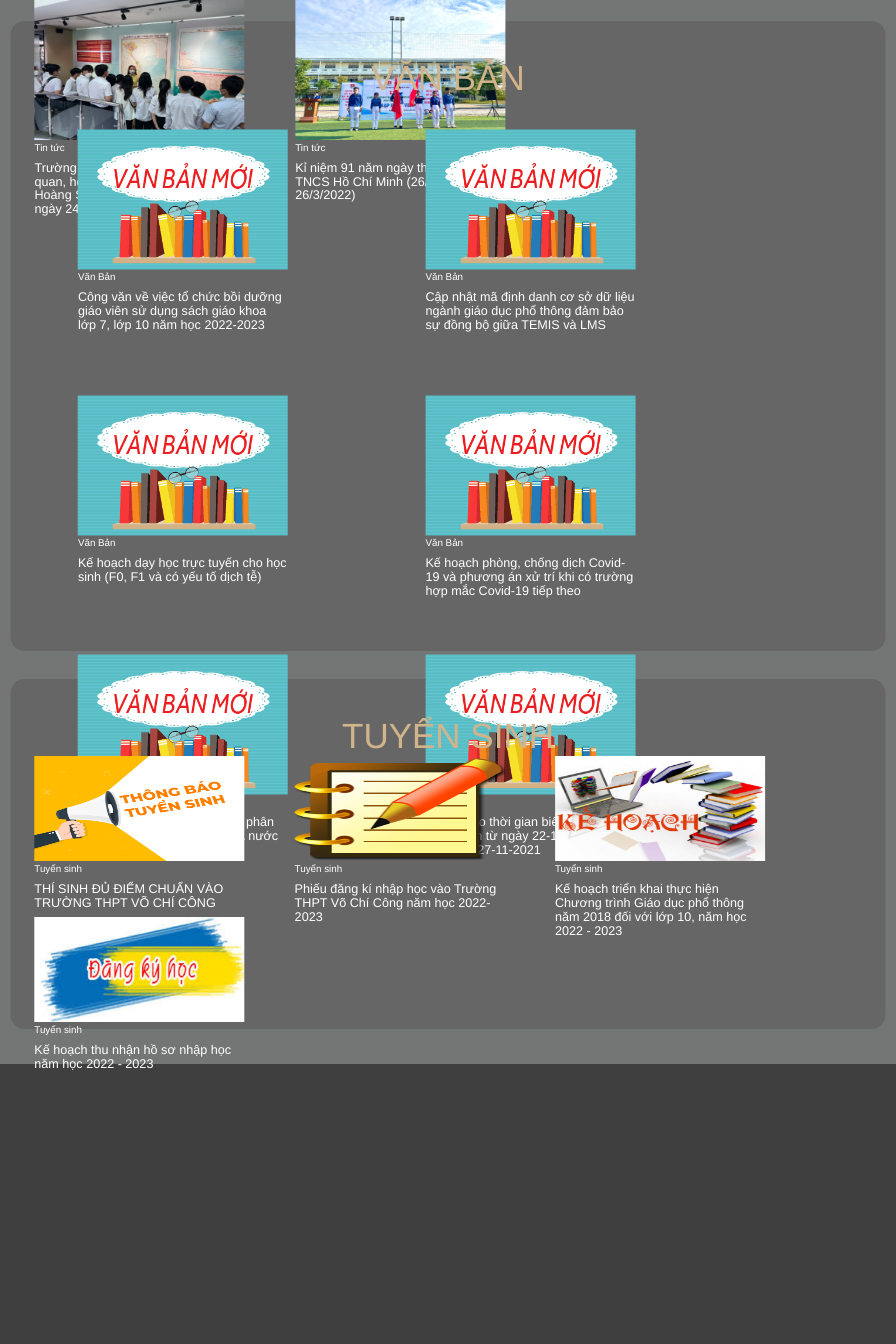
Repository: dphasst17/THPTVCC
Page: index.html
An editor plug-in stored every save of this project. The page is shown before and after the next save, followed by the edit.
The browser window is 1280 px wide. The pictures show the part of the page from y = 1500 to 3420 px (the page is 3420 px tall), at 70% of full size.

Above is the page before, as saved 2022-10-03 18:46:44.

### index.html
<!DOCTYPE html>
<html lang="en">
<head>
    <meta charset="UTF-8">
    <meta http-equiv="X-UA-Compatible" content="IE=edge">
    <meta name="viewport" content="width=device-width, initial-scale=1.0">
    <link rel="stylesheet" href="https://maxcdn.bootstrapcdn.com/bootstrap/3.4.1/css/bootstrap.min.css">
    <script src="https://ajax.googleapis.com/ajax/libs/jquery/3.6.0/jquery.min.js"></script>
    <script src="https://maxcdn.bootstrapcdn.com/bootstrap/3.4.1/js/bootstrap.min.js"></script>
    <script src="https://ajax.googleapis.com/ajax/libs/jquery/3.6.0/jquery.min.js"></script>
    <script src="index.js"></script>
    <link rel="stylesheet" href="style.css">
    <title>Document</title>
</head>
<body>
    <header>
        <div class="logo">
            <a href="#">
                <img src="img/logo.png" alt="">
            </a>
        </div>
        <div class="nav">
            <ul>
                <li><a href="">TRANG CHỦ</a></li>
                <li><a href="#new">TIN TỨC</a></li>
                <li><a href="#document">VĂN BẢN</a></li>
                <li><a href="#admissions">TUYỂN SINH</a></li>
                <li><a href="#contact">LIÊN HỆ</a></li>
            </ul>
        </div>
        <div class="search">
            <input placeholder="Search" spellCheck="false"/>
            <div class="icon-search">
                <svg xmlns="http://www.w3.org/2000/svg" viewBox="0 0 512 512"><path d="M416 208c0 45.9-14.9 88.3-40 122.7L502.6 457.4c12.5 12.5 12.5 32.8 0 45.3s-32.8 12.5-45.3 0L330.7 376c-34.4 25.2-76.8 40-122.7 40C93.1 416 0 322.9 0 208S93.1 0 208 0S416 93.1 416 208zM208 352c79.5 0 144-64.5 144-144s-64.5-144-144-144S64 128.5 64 208s64.5 144 144 144z"strokeWidth="4" stroke="#fff"/></svg>
            </div>
        </div>
        <div class="user">
            <svg xmlns="http://www.w3.org/2000/svg" viewBox="0 0 448 512">
                <path d="M224 256c70.7 0 128-57.3 128-128S294.7 0 224 0S96 57.3 96 128s57.3 128 128 128zm-45.7 48C79.8 304 0 383.8 0 482.3C0 498.7 13.3 512 29.7 512H418.3c16.4 0 29.7-13.3 29.7-29.7C448 383.8 368.2 304 269.7 304H178.3z"/>
            </svg>
            <div class="user_infor">
                <a href="./login.html">Login</a>
            </div>
        </div>
    </header>
    <div class="container">
        <div id="myCarousel" class="carousel slide" data-ride="carousel">
            <!-- Indicators -->
            <ol class="carousel-indicators">
              <li data-target="#myCarousel" data-slide-to="0" class="active"></li>
              <li data-target="#myCarousel" data-slide-to="1"></li>
              <li data-target="#myCarousel" data-slide-to="2"></li>
            </ol>

            <!-- Wrapper for slides -->
            <div class="carousel-inner">
              <div class="item active">
                <img src="img/1.png" alt="Los Angeles" style="width:100%;height:300px;">
              </div>

              <div class="item">
                <img src="img/2.png" alt="Chicago" style="width:100%;height:300px;">
              </div>

              <div class="item">
                <img src="img/3.gif" alt="New york" style="width:100%;height:300px;">
              </div>
            </div>

            <!-- Left and right controls -->
            <a class="left carousel-control" href="#myCarousel" data-slide="prev">
              <span class="glyphicon glyphicon-chevron-left"></span>
              <span class="sr-only">Previous</span>
            </a>
            <a class="right carousel-control" href="#myCarousel" data-slide="next">
              <span class="glyphicon glyphicon-chevron-right"></span>
              <span class="sr-only">Next</span>
            </a>
        </div>
        <div id="new" class="new">
            <h1><br/>TIN TỨC</h1>
            <div class="new_container">
                <img src="img/tintuc/1.jpg" alt="">
                <a>Tin tức</a>
                <h4>LỄ PHÁT ĐỘNG CHIẾN DỊCH TIÊM CHỦNG VẮC XIN PHÒNG COVID-19</h4>
            </div>

            <div class="new_container">
                <img src="img/tintuc/2.jpg" alt="">
                <a>Tin tức</a>
                <h4>TRƯỜNG THPT VÕ CHÍ CÔNG KHAI GIẢNG NĂM HỌC 2022 - 2023</h4>
            </div>

            <div class="new_container">
                <img src="img/tintuc/3.jpg" alt="">
                <a>Tin tức</a>
                <h4>KỶ NIỆM 110 NĂM NGÀY SINH CHỦ TỊCH HỘI ĐỒNG NHÀ NƯỚC VÕ CHÍ CÔNG (7-8-1912 - 7-8-2022)</h4>
            </div>

            <div class="new_container">
                <img src="img/tintuc/5.jpg" alt="">
                <a>Tin tức</a>
                <h4>BNI Foundation Việt Nam tặng 12 xuất học bổng cho học sinh Trường THPT Võ Chí Công</h4>
            </div>

            <div class="new_container">
                <img src="img/tintuc/4.jpg" alt="">
                <a>Tin tức</a>
                <h4>NGÀY HỘI AN TOÀN GIAO THÔNG</h4>
            </div>

            <div class="new_container">
                <img src="img/tintuc/6.jpg" alt="">
                <a>Tin tức</a>
                <h4>Công an quận Ngũ Hành Sơn tổ chức buổi tuyên truyền pháp luật về TTATGT tại Trường THPT Võ Chí Công</h4>
            </div>

            <div class="new_container">
                <img src="img/tintuc/7.jpg" alt="">
                <a>Tin tức</a>
                <h4>Trường THPT Võ Chí Công tham quan, học tập tại nhà trưng bày Hoàng Sa và Bảo tàng Chăm vào ngày 24/4/2022.</h4>
            </div>

            <div class="new_container">
                <img src="img/tintuc/8.jpg" alt="">
                <a>Tin tức</a>
                <h4>Kỉ niệm 91 năm ngày thành lập Đoàn TNCS Hồ Chí Minh (26/3/1931-26/3/2022)</h4>
            </div>

        </div>
        <div id="document" class="document">
            <h1><br/>VĂN BẢN</h1>
            <div class="document_container">
                <img src="img/document/document.png" alt="">
                <a>Văn Bản</a>
                <h4>Công văn về việc tổ chức bồi dưỡng giáo viên sử dụng sách giáo khoa lớp 7, lớp 10 năm học 2022-2023</h4>
            </div>

            <div class="document_container">
                <img src="img/document/document.png" alt="">
                <a>Văn Bản</a>
                <h4>Cập nhật mã định danh cơ sở dữ liệu ngành giáo dục phổ thông đảm bảo sự đồng bộ giữa TEMIS và LMS</h4>
            </div>

            <div class="document_container">
                <img src="img/document/document.png" alt="">
                <a>Văn Bản</a>
                <h4>Kế hoạch dạy học trực tuyến cho học sinh (F0, F1 và có yếu tố dịch tễ)</h4>
            </div>

            <div class="document_container">
                <img src="img/document/document.png" alt="">
                <a>Văn Bản</a>
                <h4>Kế hoạch phòng, chống dịch Covid-19 và phương án xử trí khi có trường hợp mắc Covid-19 tiếp theo</h4>
            </div>

            <div class="document_container">
                <img src="img/document/document.png" alt="">
                <a>Văn Bản</a>
                <h4>Quyết định về việc điều chỉnh phân bổ dự toán chi ngân sách nhà nước năm 2021</h4>
            </div>

            <div class="document_container">
                <img src="img/document/document.png" alt="">
                <a>Văn Bản</a>
                <h4>Thông báo thời gian biểu dạy học trực tuyến từ ngày 22-11-2021 đến hết ngày 27-11-2021</h4>
            </div>

        </div>
        <div id="admissions" class="admissions">
            <h1><br/>TUYỂN SINH<br/></h1>
            <div class="admissions_container">
                <img src="img/tuyensinh/62bd6eef82783.png" alt="">
                <a>Tuyển sinh</a>
                <h4>THÍ SINH ĐỦ ĐIỂM CHUẨN VÀO TRƯỜNG THPT VÕ CHÍ CÔNG</h4>
            </div>

            <div class="admissions_container">
                <img src="img/tuyensinh/62bd721661331.png" alt="">
                <a>Tuyển sinh</a>
                <h4>Phiếu đăng kí nhập học vào Trường THPT Võ Chí Công năm học 2022-2023</h4>
            </div>

            <div class="admissions_container">
                <img src="img/tuyensinh/62105906d7bc2.png" alt="">
                <a>Tuyển sinh</a>
                <h4>Kế hoạch triển khai thực hiện Chương trình Giáo dục phổ thông năm 2018 đối với lớp 10, năm học 2022 - 2023</h4>
            </div>

            <div class="admissions_container">
                <img src="img/tuyensinh/611cfe00cd3bf.jpg" alt="">
                <a>Tuyển sinh</a>
                <h4>Kế hoạch thu nhận hồ sơ nhập học năm học 2022 - 2023</h4>
            </div>

        </div>
    </div>
    <div id="contact" class="contact"></div>
</body>
</html>

### index.js
$(document).ready(function(){
    $('.user').click(function(){
        $('.user_infor').fadeToggle('user_info')
    })
})

### style.css
html{
    scroll-behavior: smooth;
}
body{
    margin:0;
    text-decoration:none;
    background-color:rgb(116, 118, 118);;
}
header{
    width:100%;
    height:100px;
    top:0;
    left:0;
    right:0;
    position:relative;
    z-index: 111;
}
.logo img{
    width:6%;
    margin:10px 30px;
    position:absolute;
}
.nav{
    position:absolute;
    width:51%;
    height:50px;
    background-color:rgb(103, 102, 102);
    border-radius:10px;
    margin:20px 170px;
}
.nav ul li{
    display:inline-block;
    width:120px;
    margin-left:15px;
    text-decoration:none;
    line-height: 44px;
    text-align:center;
}
.nav a{
    display:block;
    width:120px;
    height:50px;
    text-decoration:none;
    font-size:18px;
    color:tan;
    line-height: 48px;
}
.search{
    width: 350px;
    height: 50px;
    position: absolute;
    background-color: rgb(103, 102, 102);
    margin-left: 66%;
    margin-top:20px;
    border-radius: 10px;
}
.search input{
    width:340px;
    height:40px;
    margin:5px;
    border-style:none;
    background-color:rgb(103, 102, 102);
    color:#fff;
    outline: none;
    font-size:15px;
}
.icon-search{
    position: absolute;
    background-color: transparent;
    border: 0 none;
    width: 10%;
    margin: -12% 85%;
}
.user{
    width:50px;
    height:50px;
    float:right;
    margin:20px 50px;
    border-radius:50px;
    background-color:rgb(103, 102, 102);
}
.user svg{
    width:70%;
    margin:3px 8px;
}
.user a{
    color:tan;
    text-decoration:none;
}
.user_infor{
    display:none;
    width:100px;
    height:100px;
    background-color: rgb(103, 102, 102);
    border-radius:10px;
    margin: 10px -25px;
    text-align:center;
}

.container{
    width:100%;
    height:auto;
    margin:50px 0;
}
.new{
    width:100%;
    height:1000px;
    background-color:rgb(103, 102, 102);
    margin-top:40px;
    border-radius:20px;
}
h1{
    color:tan;
    text-align:center;
    font-size:50px;
}
.new_container{
    width:300px;
    height:350px;
    display:inline-flex;
    margin:25px 34.3px;
    flex-wrap: wrap;
    align-content: center;
}
.new_container img{
    width:300px;
    height:200px;
}
.new_container h4{
    color:#fff;
}
.new_container a{
    color:#fff;
    text-decoration:none;
}
.document{
    width:100%;
    height:900px;
    background-color:rgb(103, 102, 102);
    margin-top:40px;
    border-radius:20px;
}
.document img{
    width:300px;
    height:200px;
}
.document_container{
    width:300px;
    height:350px;
    display:inline-flex;
    margin: 10px 96.3px;
    flex-wrap: wrap;
    align-content: center;
}
.document_container h4{
    color:#fff;
}
.document_container a{
    color:#fff;
    text-decoration:none;
}
.admissions{
    width:100%;
    height:500px;
    background-color:rgb(103, 102, 102);
    margin-top:40px;
    border-radius:20px;
}
.admissions_container{
    width:300px;
    height:150px;
    display:inline-flex;
    margin: 30px 34px;
    flex-wrap: wrap;
    align-content: center;
}
.admissions_container img{
    width:300px;
    height:150px;
}
.admissions_container a{
    color:#fff;
    text-decoration:none;
}
.admissions_container h4{
    color:#fff;
}
.contact{
    width:100%;
    height:400px;
    background-color:rgb(64, 63, 63);
}

After the next save:
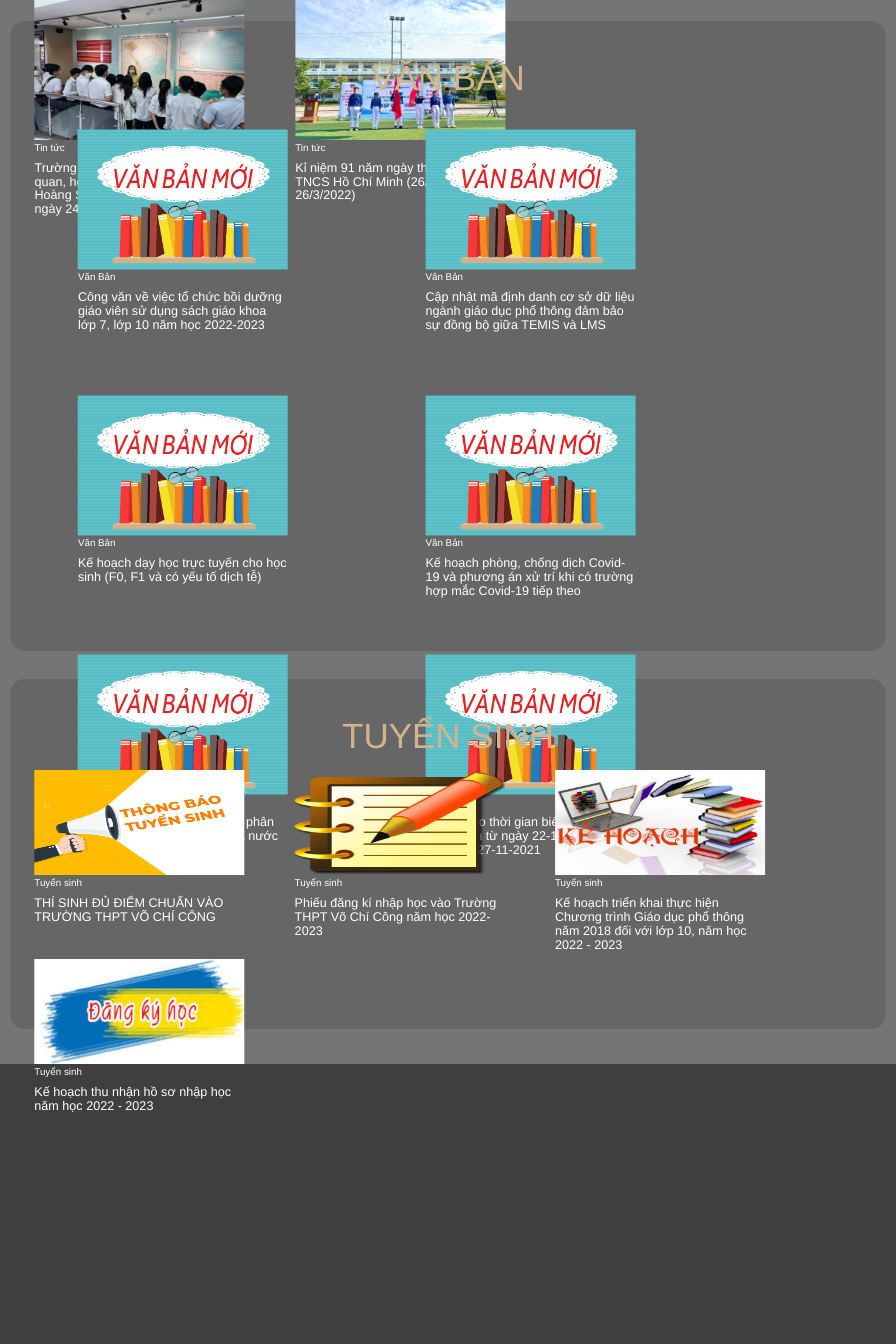
Saved 14 s later.
--- a/index.html
+++ b/index.html
@@ -168,7 +168,7 @@
 
         </div>
         <div id="admissions" class="admissions">
-            <h1><br/>TUYỂN SINH<br/></h1>
+            <h1><br/>TUYỂN SINH</h1>
             <div class="admissions_container">
                 <img src="img/tuyensinh/62bd6eef82783.png" alt="">
                 <a>Tuyển sinh</a>
--- a/style.css
+++ b/style.css
@@ -170,7 +170,7 @@
     width:300px;
     height:150px;
     display:inline-flex;
-    margin: 30px 34px;
+    margin: 50px 34px;
     flex-wrap: wrap;
     align-content: center;
 }
